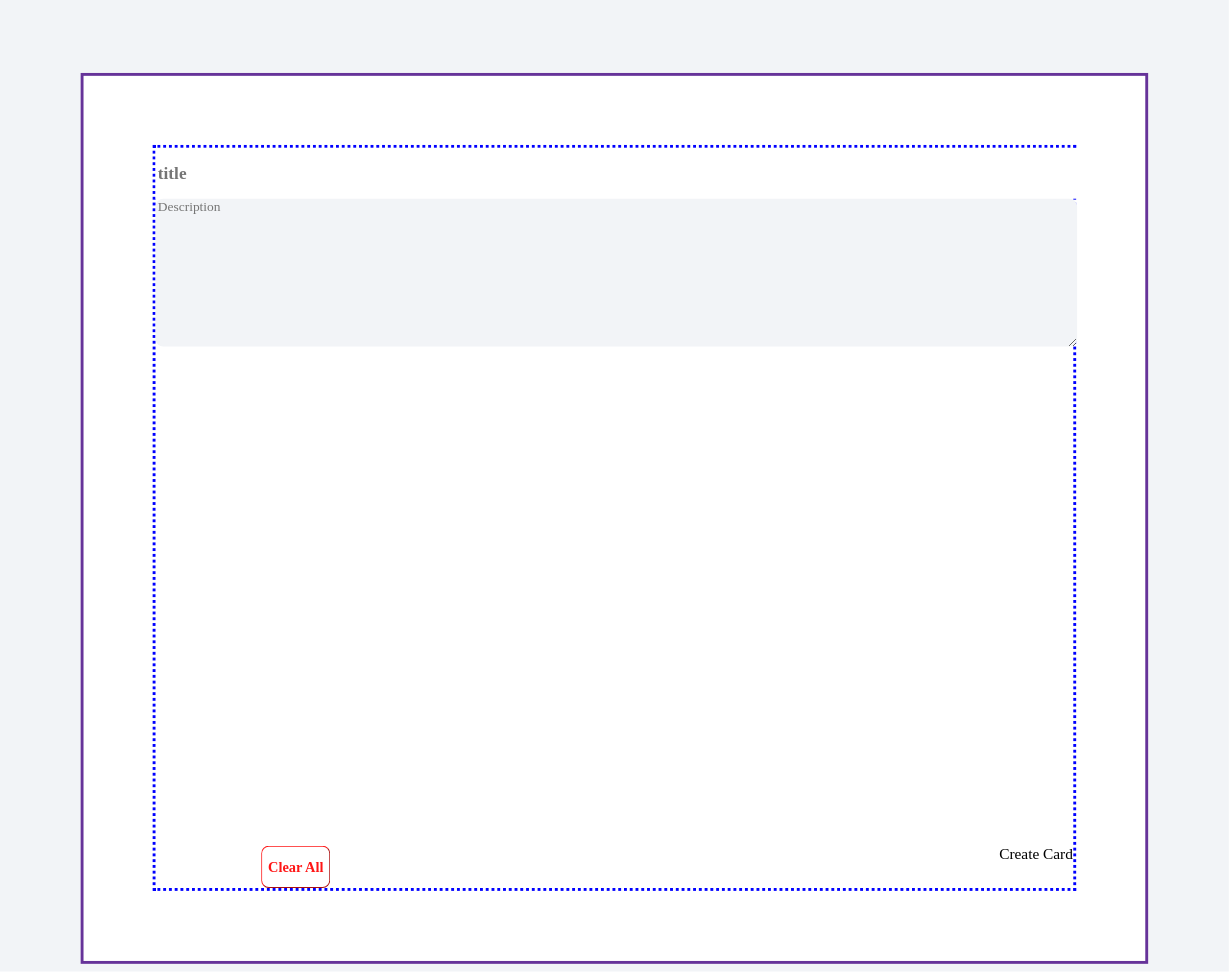
Repository: ReyhanehRahmani/TO-DO
Page: index.html
These files come from the project's save history. The page is drawn as it stood at one moment and after the next save; the edit follows.
The browser window is 1280 px wide. The pictures show the whole page, at 96% of full size.

Above is the page before, as saved 2025-06-07 22:38:51.

After the next save:
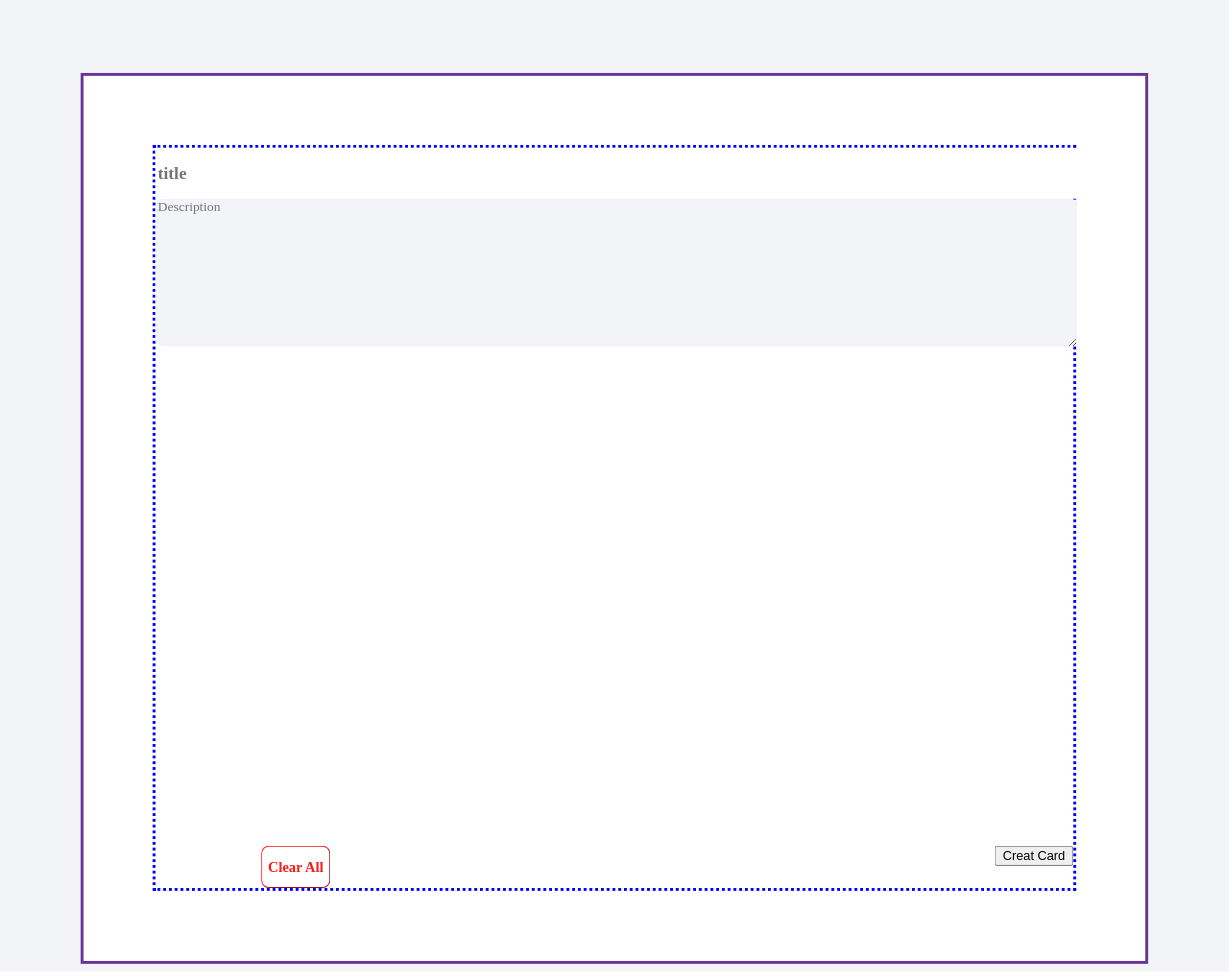
Saved 68 s later.
--- a/index.html
+++ b/index.html
@@ -27,7 +27,7 @@
 
                 <div id="buttons">
                     <div id="clear"><button id="clearbut">Clear All</button></div>
-                    <div id="creat">Create Card</div>
+                    <div id="creat"><button id="creatbut">Creat Card</button></div>
                 </div>
             </div>
         </div>
